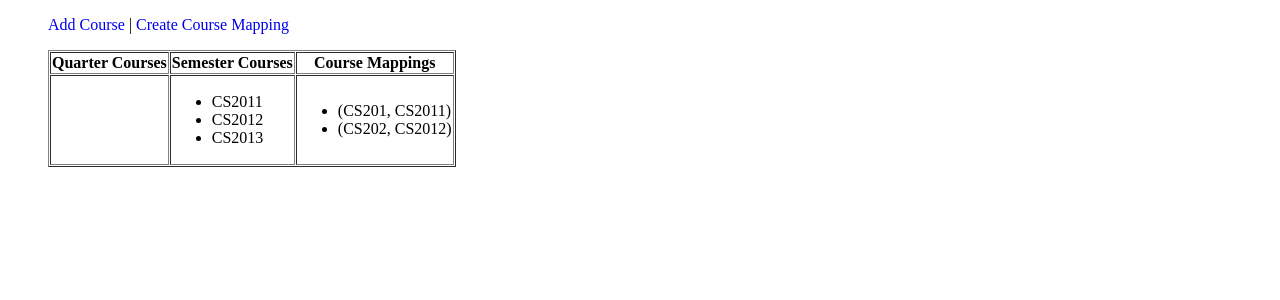
Repository: parthp2/CS3220_Spring_2017
Page: http://localhost/Final/Homepage
These files come from the project's save history. The page is drawn as it stood at one moment and after the next save; the edit follows.
The browser window is 1280 px wide. The pictures show the whole page.
The page is served by Tomcat 9. Other server files are loaded and not shown. Queries for data that is not in the repository find no rows.

Above is the page before, as saved 2017-05-18 03:48:39.

### Final/WebContent/WEB-INF/Homepage.jsp
<%@ taglib prefix="fmt" uri="http://java.sun.com/jsp/jstl/fmt" %>
<%@ taglib prefix="c" uri="http://java.sun.com/jsp/jstl/core" %>
<%@ taglib prefix="fn" uri="http://java.sun.com/jsp/jstl/functions" %>

<!DOCTYPE html>
<html>
<head>
<meta charset="ISO-8859-1">
<title>Homepage</title>
</head>
<body>


<p style="margin-left: 40px;"><a href="<c:url value='/AddCourse' />" style="text-decoration:none">Add Course</a> | <a href="<c:url value='/CreateMapping' />" style="text-decoration:none">Create Course Mapping</a></p>

<div style="margin-left: 40px;">
<table border="1" cellpadding="1" cellspacing="1">
	<thead>
		<tr>
			<th scope="col">Quarter Courses</th>
			<th scope="col">Semester Courses</th>
			<th scope="col">Course Mappings</th>
		</tr>
	</thead>
	<tbody>
		<tr>
			<td>
			<ul>

			<c:forEach items="${Courses}" var="loop">

				<c:if test="${loop.term eq 'Quarter'}">

				<li>${loop.cname }</li>

				</c:if>

			</c:forEach>
			</ul>
			</td>
			<td>
			<ul>
				<li>CS2011</li>
				<li>CS2012</li>
				<li>CS2013</li>
			</ul>
			</td>
			<td>
			<ul>
				<li>(CS201, CS2011)</li>
				<li>(CS202, CS2012)</li>
			</ul>
			</td>
		</tr>
	</tbody>
</table>
</div>

</body>
</html>

### Final/src/Final/servlet/Homepage.java
package Final.servlet;

import java.io.IOException;
import java.sql.Connection;
import java.sql.DriverManager;
import java.sql.ResultSet;
import java.sql.SQLException;
import java.sql.Statement;
import java.util.ArrayList;
import java.util.List;

import javax.servlet.ServletConfig;
import javax.servlet.ServletException;
import javax.servlet.annotation.WebServlet;
import javax.servlet.http.HttpServlet;
import javax.servlet.http.HttpServletRequest;
import javax.servlet.http.HttpServletResponse;

import Final.model.Courses;


@WebServlet(urlPatterns ="/Homepage",loadOnStartup = 1)
public class Homepage extends HttpServlet {
	private static final long serialVersionUID = 1L;


    public Homepage() {
        super();

    }


	public void init(ServletConfig config) throws ServletException {

		 super.init( config );

	        try
	        {
	            Class.forName( "com.mysql.jdbc.Driver" );
	        }
	        catch( ClassNotFoundException e )
	        {
	            throw new ServletException( e );
	        }

	}


	protected void doGet(HttpServletRequest request, HttpServletResponse response) throws ServletException, IOException {

		List<Courses> Courses=new ArrayList<Courses>();
		List<Courses> Courses2=new ArrayList<Courses>();

		 Connection c = null;
	        try
	        {
	        	String url = "jdbc:mysql://localhost/cs3220stu49";
	            String username = "cs3220stu49";
	            String password = "l#jN!vq#";

	            String sql = "select * from courses";



	            c = DriverManager.getConnection( url, username, password );

	            Statement stmt = c.createStatement();
	            ResultSet rs = stmt.executeQuery( sql );



	            while( rs.next() )
	            {
	                Courses f = new Courses();
	                f.setId( rs.getInt( "id" ) );
	                f.setCname(rs.getString("cname"));
	                f.setTerm(rs.getString("term"));
	                f.setLetter(rs.getString("letter"));
	                f.setNum(rs.getInt( "num" ));

	                Courses.add(f);

	            }


	            c.close();
	        }
	        catch( SQLException e )
	        {
	            throw new ServletException( e );
	        }
	        finally
	        {
	            try
	            {
	                if( c != null ) c.close();
	            }
	            catch( SQLException e )
	            {
	                throw new ServletException( e );
	            }
	        }

	        request.setAttribute( "Courses", Courses );

		request.getRequestDispatcher("WEB-INF/Homepage.jsp").forward( request, response );

	}


	protected void doPost(HttpServletRequest request, HttpServletResponse response) throws ServletException, IOException {

	}

}

After the next save:
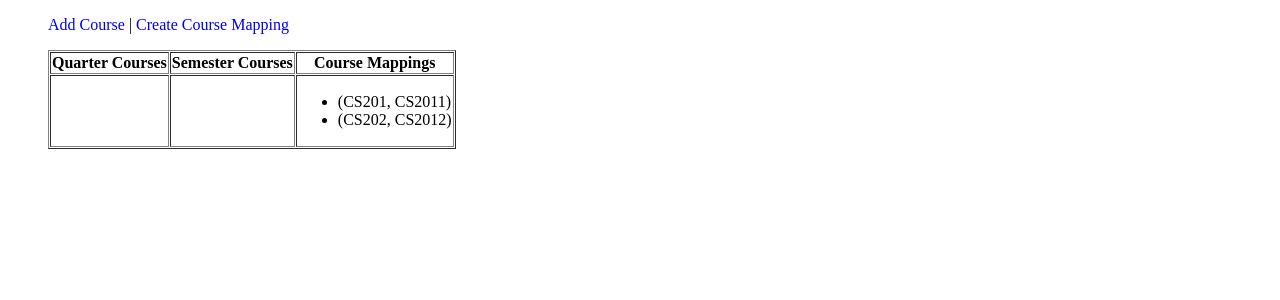
Saved 22 s later.
--- a/Final/WebContent/WEB-INF/Homepage.jsp
+++ b/Final/WebContent/WEB-INF/Homepage.jsp
@@ -40,9 +40,15 @@
 			</td>
 			<td>
 			<ul>
-				<li>CS2011</li>
-				<li>CS2012</li>
-				<li>CS2013</li>
+				<c:forEach items="${Courses}" var="loop">
+
+				<c:if test="${loop.term eq ''}">
+
+				<li>${loop.cname }</li>
+
+				</c:if>
+
+			   </c:forEach>
 			</ul>
 			</td>
 			<td>
